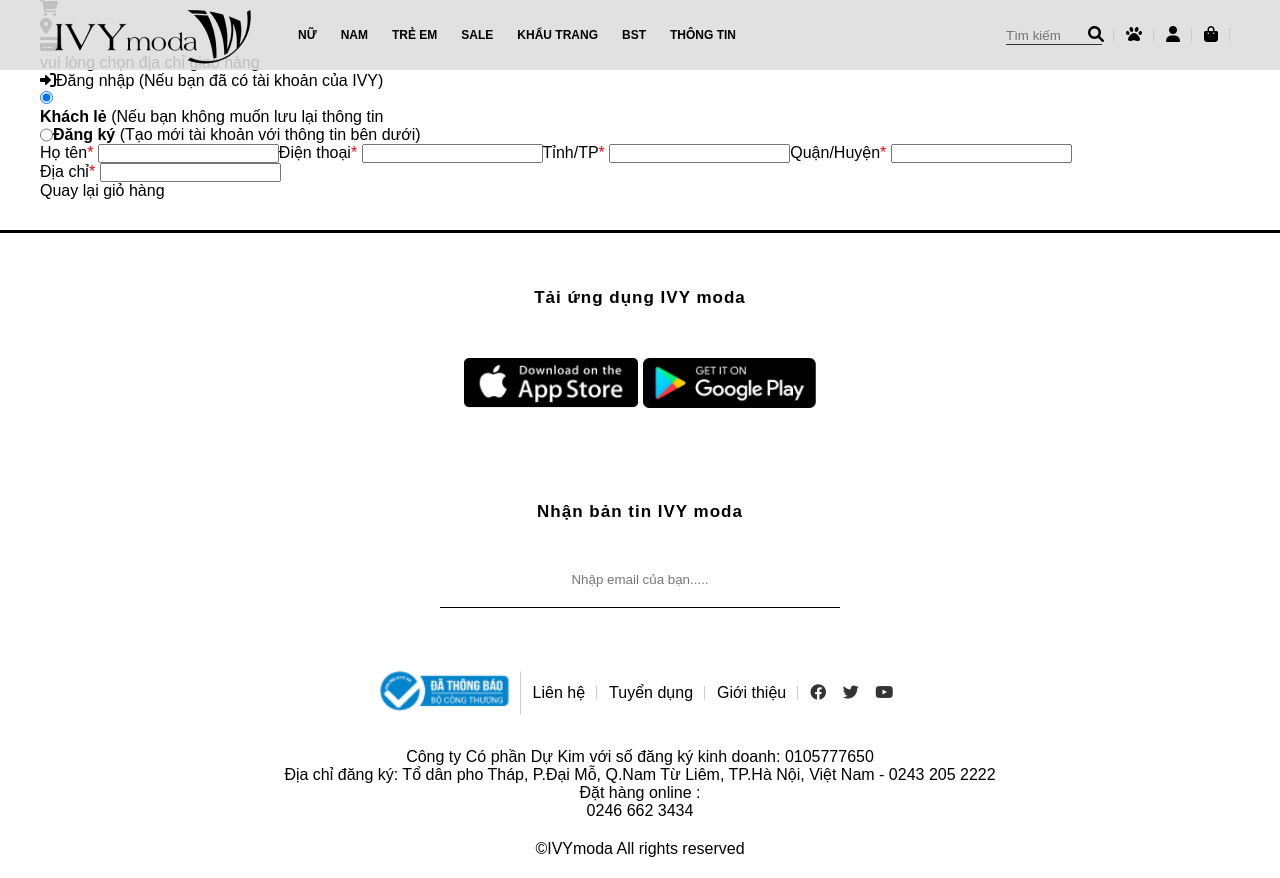
Repository: dinhvanbinh2310/ivy-moda
Page: delivery.html
The author's editor kept a copy of each file at every save. The page is drawn from the files as they stood at one save, then again after the next save.
The browser window is 1280 px wide. The pictures show the whole page.

Above is the page before, as saved 2022-05-08 09:39:45.

### delivery.html
<!DOCTYPE html>
<html lang="en">
<head>
    <meta charset="UTF-8">
    <meta http-equiv="X-UA-Compatible" content="IE=edge">
    <meta name="viewport" content="width=device-width, initial-scale=1.0">
    <link rel="stylesheet" href="./fontawesome-free-6.1.1-web/css/all.css">
    <link rel="stylesheet" href="./css/style.css">
    <title>IVY moda</title>
</head>
<body>
<header>
    <div class="logo">
        <img src="./Images/logo.png" alt="logo" class="logo">
    </div>
    <div class="menu">
        <li><a href="">NỮ</a>
            <ul class="sub-menu">
                <li> <a href="">Hàng mới về</a>
                </li>
                <li> <a href="">Collection</a>
                </li>
                <li> <a href=""> Áo</a>
                    <ul>
                        <li> <a href="">Áo sơ mi</a>
                        </li>
                        <li> <a href="">Áo thun</a>
                        </li>
                        <li> <a href="">Áo khoác</a>
                        </li>
                        <li> <a href="">Áo len</a>
                        </li>
                    </ul>
                </li>
                <li> <a href="">Quần</a>
                    <ul>
                        <li> <a href="">Quần jean</a>
                        </li>
                        <li> <a href="">Quần lửng</a>
                        </li>
                        <li> <a href="">Quần dài</a>
                        </li>
                    </ul>
                </li>
            </ul>
        </li>
        <li><a href="">NAM</a>
        </li>
        <li><a href="">TRẺ EM</a>
        </li>
        <li><a href="">SALE</a>
        </li>
        <li><a href="">KHẨU TRANG</a>
        </li>
        <li><a href="">BST</a>
        </li>
        <li><a href="">THÔNG TIN</a>
        </li>
    </div>
    <div class="others">
        <li>
            <input placeholder="Tìm kiếm" type="text"> <i class="fa-solid fa-magnifying-glass"></i>
        </li>
        <li>
            <a class="fa-solid fa-paw" href=""></a>
        </li>
        <li>
            <a class="fa-solid fa-user" href=""></a>
        </li>
        <li>
            <a class="fa-solid fa-bag-shopping" href=""></a>
        </li>
    </div>
</header>
<!-----------------------------delivery----------------------------->
<section class="delivery">
    <div class="container">
        <div class="delivery-top-wrap">
            <div class="delivery-top">
              <div class="delivery-top-delivery delivery-top-item">
                <i class="fa-solid fa-cart-shopping "></i>
              </div>
              <div class="delivery-top-adress delivery-top-item">
                <i class="fa-solid fa-location-dot"></i>
              </div>
              <div class="delivery-top-payment delivery-top-item">
                <i class="fa-solid fa-credit-card "></i>
              </div>
            </div>
    </div>
    </div>
    <div class="container">
        <div class="delivery-content">
            <div class="delivery-content-left">
               <p>vui lòng chọn địa chỉ giao hàng </p>
            <div class="delivery-content-left-signin row">
                <i class="fa-solid fa-right-to-bracket"></i>
                <p>Đăng nhập (Nếu bạn đã có tài khoản của IVY)</p>
            </div>
            <div class="delivery-content-left-strange-customers">
                <input checked name="loaikhach" type="radio">
                <p>  <span style="font-weight: bold;">  Khách lẻ</span> (Nếu bạn không muốn lưu lại thông tin</p>
            </div>
                <div class="delivery-content-left-signup row">
                    <input name="loaikhach" type="radio">
                    <p>  <span style="font-weight: bold;"> Đăng ký </span>(Tạo mới tài khoản với thông tin bên dưới)
                    </p>
                </div>
                <div class="delivery-content-left-input-top row">
                    <div class="delivery-content-left-input-top-item">
                        <label for="">Họ tên<span style="color: red;">*</span></label>
                        <input type="text">
                    </div>
                    <div class="delivery-content-left-input-top-item">
                        <label for="">Điện thoại<span style="color: red;">*</span></label>
                        <input type="text">
                    </div>
                    <div class="delivery-content-left-input-top-item">
                        <label for="">Tỉnh/TP<span style="color: red;">*</span></label>
                        <input type="text">
                    </div>
                    <div class="delivery-content-left-input-top-item">
                        <label for="">Quận/Huyện<span style="color: red;">*</span></label>
                        <input type="text">
                    </div>
                </div>
                <div class="delivery-content-left-input-input-bottom">
                    <label for="">Địa chỉ<span style="color: red;">*</span></label>
                    <input type="text">
                </div>
                <div class="delivery-content-left-button row">
                    <a href=""><p>Quay lại giỏ hàng</p></a>
                </div>
            </div>
            <div class="delivery-content-right">

            </div>
        </div>
    </div>
</section>


<div class="dot-horizontal">
</div>
<!------------------------------Footer---------------------------------->
<section class="app-container">
  <p>Tải ứng dụng IVY moda</p>
  <div class="app-google">
      <img src="./Images/appstore.png" alt="">
      <img src="./Images/googleplay.png" alt="">
  </div>
  <p>Nhận bản tin IVY moda</p>
  <input type="text" placeholder="Nhập email của bạn.....">
</section>

<div class="footer-top">
  <li>
      <a href=""> <img src="./Images/img-congthuong.png" alt="">
      </a>
  </li>
  <li>Liên hệ</li>
  <li>Tuyển dụng</li>
  <li>Giới thiệu</li>
  <li>
      <a href="" class="fa-brands fa-facebook"></a>
      <a href="" class="fa-brands fa-twitter"></a>
      <a href="" class="fa-brands fa-youtube"></a>
  </li>
</div>
<div class="footer-center">

  <p>
      Công ty Có phần Dự Kim với số đăng ký kinh doanh: 0105777650
      <br> Địa chỉ đăng ký: Tổ dân pho Tháp, P.Đại Mỗ, Q.Nam Từ Liêm, TP.Hà Nội, Việt Nam - 0243 205 2222
      <br> Đặt hàng online :
      <br>0246 662 3434
      <br>
  </p>
</div>
<div class="footer-bottom">
  ©IVYmoda All rights reserved
</div>
</body>
  </html>

### css/style.css
*{
  margin: 0;
  padding: 0;
  box-sizing: border-box;
  font-family: Arial, Helvetica, sans-serif;
}
li{
  list-style: none;
}
a{
  text-decoration: none;
  color: #000;
}
header{
  display: flex;
  justify-content: space-between;
  height: 70px;
  padding: 12px 50px;
  align-items: center;
  position: fixed;
  top: 0;
  left: 0;
  z-index: 1;
  background:#DDDDDDDD;
  width: 100%;
}

.logo{
  flex: 1;
  padding-top: 10px;
 size: 5px;
}
.menu{
  flex: 3;
  display: flex;
}
.menu > li{
  padding: 0 12px;
  position: relative;
}
.menu  li a{
  font-size: 12px;
  font-weight: bold;
  display: block;
  line-height: 20px;
}
.menu > li:hover .sub-menu{
  visibility: visible;
  top: 45px;
}
.sub-menu{
  position: absolute;
  width: 150px;
  border: 1px solid #ccc;
  padding: 10px 0 10px 20px;
  visibility: hidden;
  top: 75px;
  transition: 0.3s;
  z-index: 1;
  background-color: #fff;
}
.sub-menu ul{
  padding-left: 20px;
}
.sub-menu li a{
  font-size: 12px;
  font-weight: normal;
}

.others{
  flex: 1;
  display: flex;
}
.others > li{
  padding: 0 12px;
  position: relative;
}
.others>li::after{
  content: "";
  display: block;
  width: 1px;
  height: 75%;
  background: #cccccc;
  position: absolute;
  right: 0;
  top: 50%;
  transform: translateY(-50%);
}
.others > li:first-child{
  position: relative;

}
.others > li:first-child input{
  width: 100%;
  height: 100%;
  background: #0000;
  border: none;
  border-bottom:1px solid #333 ;
}
.others > li:first-child i{
position: absolute;
right: 10px;
}
.sliders{
  overflow: hidden;
}
.aspect-ratio-169 {
  display: block;
  position: relative;
  padding-top: 56.25%;
  transition: 0.3s;
}
.aspect-ratio-169 img {
  display: block;
  position: absolute;
  width: 100%;
  height: 100%;
  top: 0;
  left: 0;
}
.dot-container{
  position:absolute;
  height: 30px;
  width: 100%;
  display: flex;
  justify-content: center;
  padding-top: 10px;
}
.dot-horizontal{
  border-bottom: 3px solid black;
  padding-top: 30px;
 width: 100%;
 height: 100%;
 size: 100%;
}
.dot{
  height: 16px;
  width: 16px;
  background-color: #ccc;
  border-radius: 50%;
  margin-right: 12px;
  cursor: pointer;
}
.dot.active{
  background-color: #333;
}
/* -------------------------------app---------------------------- */
.app-container{
  text-align: center;
  align-items: center;
  padding: 15px 0 50px 0;
}
.app-google{
  margin:50px;
}
.app-google img{
  height: 50px;
  cursor: pointer;
}
.app-container p{
line-height: 20px;
letter-spacing: 1px;
font-size: 17px;
color:#000;
font-weight: bold;
padding-top: 40px;
}
.app-container input{
  margin-top: 50px;
  border: none;
  border-bottom: 1px solid #000;
  padding-bottom: 20px;
  width: 400px;
  text-align: center;
  outline: none;
}
.footer{
  text-align: center;
}
.footer-top{
  display: flex;
  text-align: center;
  justify-content: center;
  align-items: center;
  margin-bottom: 20px;
  height: 70px;
}
.footer-top img{
  height: 50px;
}
.footer-top li{
  padding: 0 12px;
  position: relative;
}
.footer-top li::after{
  content:"";
  display: block;
  width: 1px;
  height: 80%;
  background-color: #cccccc;
  position: absolute;
  right: 0;
  top: 50%;
  transform: translateY(-50%);
}
.footer-top li:last-child::after{
  display: none;
}
.footer-top li:last-child a{
margin-right: 12px;
color:#333;
}
.footer-center{
  text-align: center;
}
.footer-bottom{
  margin: 20px 0;
  text-align: center;
}
/* Cartegory */
.cartegory{
  padding: 100px 0 0;
}
.container{
  max-width: 1200px;
  margin: auto;
}
.row{
  display: flex;
  flex-wrap: wrap;
}
.cartegory-top{
  margin-bottom: 50px;
}
.cartegory-top p{
  font-family: Arial, Helvetica, sans-serif;
margin: 0 12px;
font-size: 12px;
}
.cartegory-left{
  width: 20%;
}
.cartegory-right{
  width: 80%;
}
.cartegory-right-top-item:first-child{
  flex: 2;
font-size: 16px;
font-family: Arial, Helvetica, sans-serif;
font-weight: bold;
}
.cartegory-right-top-item{
  flex: 1;
  padding: 0 12px;
}
.cartegory-right-top-item button{
  width: 100%;
  padding: 10px 15px;
  display: flex;
  justify-content: space-between;
  background-color: #ffff;
  border: 1px solid #dddd;
  cursor: pointer;
}
.cartegory-right-top-item select{
  width: 100%;
  padding: 10px 15px;
  display: flex;
  justify-content: space-between;
  background-color: #ffff;
  border: 1px solid #dddd;
  cursor: pointer;
}
.cartegory-right-content{
  margin-top: 20px;
  justify-content: space-between;
}
.cartegory-right-content-item{
  width: calc(25% - 12px);
  text-align: center;
  padding: 12px 0;
}
.cartegory-right-content-item h1{
  font-size: 11px;
font-family: Arial, Helvetica, sans-serif;
  margin-top: 6px;
  color: #333333;
}
.cartegory-right-content-item img{
  width: 100%;
}
.cartegory-right-content-item p{
  font-size: 12px;
}
.cartegory-right-bottom{
  justify-content: space-between;
  margin: 30px 0 20px;
  width: 100%;
}
.cartegory-right-bottom p{
  font-family: Arial, Helvetica, sans-serif;
font-size: 11px;
}
.cartegory-left ul li{
  padding: 12px 0;
}
.cartegory-left ul li >a{
  color: black;
  font-size: 16px;
  font-weight: bold;
  font-family: Arial, Helvetica, sans-serif;
}
.cartegory-left ul li ul li{
  padding-left: 10px;
}
.cartegory-left-li ul{
  display: none;
}
.cartegory-left-li.block ul{
  display: block;
}
.cartegory-left ul li ul li a{
  color: #333333;
}
/* -----------------Product------------------ */
.product{
  padding: 100px 0;

}
.product-top{
  margin-bottom: 30px;
}
.product-top p{
  font-family: Arial, Helvetica, sans-serif;
  margin: 0 12px;
  font-size: 12px;
}
.product-content-left{
  width: 50%;
}

.product-content-left-big-img{
  width: 80%;
  padding-right: 20px;
}
.product-content-left-big-img img{
  width: 100%;
}
.product-content-left-small-img{
  width: 20%;
}
.product-content-left-small-img img{
  width: 100%;
  cursor: pointer;
}
.product-content-right{
  width: 50%;
  padding-left: 20px;
}
.product-content-right-product-name{
  font-family: Arial, Helvetica, sans-serif;
font-size: 16px;
}
.product-content-right-product-name p{
  color: #cccc;
  font-size: 12px;
}
.product-content-right-product-price{
  margin: 12px 0;
  font-size: 20px;
  font-weight: bold;
  font-family: Arial, Helvetica, sans-serif;
}
.product-content-right-product-color img{
  width: 30px;
  height: 30px;
  border-radius: 50%;
}
.product-content-right-product-color-img{
  height: 40px;
  width: 40px;
  border: 1px soild #333;
  display: flex;
  align-items: center;
  justify-content: center;
  margin: 12px 0;
}
.size span{
  display: inline-block;
  padding: 3px 6px;
  border: 1px solid #dddddd;
  margin: 12px 10px 12px 0;
  font-size: 17px;
  cursor: pointer;
}
.quantity{
  display: flex;
  margin-bottom: 20px;
}
.quantity input{
  width: 35px;
  padding-left: 3px;
}
.product-content-right-product-button button{
  width: 150px;
  height: 40px;
  display: block;
  margin: 20px 0 12px;
  transition: all 0.3s ease;
}
.product-content-right-product-button button:first-child{
  display: flex;
  justify-content: space-evenly;
  align-items: center;
  background-color: #ffff;
  border: 2px solid black;
  cursor: pointer;
}
.product-content-right-product-button button:first-child:hover{
  background-color: black;
  color: #ffff;
}
.product-content-right-product-button button:last-child{
  color: #BF8A49;
  border: 2px solid #BF8A49;
  background-color: #ffff;
  cursor: pointer;
}
.product-content-right-product-icon {
display: flex;
}
.product-content-right-product-icon p{
  list-style: none;
  color: #000;
  font-weight: 200;
  font-size: 14px;
  font-family: Arial, Helvetica, sans-serif;
  margin-right: 6px;
}
.product-content-right-product-icon-item{
  display: flex;
  margin-right: 12px;
  justify-content: center;
  align-items: center;
}
.product-content-right-product-icon-item i{
  font-size: 12px;
  margin-right: 6px;
  display: flex;
}
.product-content-right-product-icon-item p {
margin-left: 6px;
}
.product-content-right-product-qr img{
  margin: 20px 0;
  width:60px;
  height:60px;
}
.product-content-right-bottom{
  padding-top: 40px;
  border-top: 1px solid #dddd;
  position: relative;

}
.product-content-right-bottom-top{
position: absolute;
width: 30px;
height: 30px;
border: 2px solid #dddd;
display: flex;
justify-content: center;
align-items: center;
background-color: #ffff;
left: 50%;
top: -15px;
border-radius: 50%;
transform: translateX(-50%);
cursor: pointer;
}
.product-content-right-bottom-content-title{
  border-bottom: 2px solid #dddd;
}
.product-content-right-bottom-content-title-item{
  padding: 6px;
  cursor: pointer;
  margin-right: 6px;
}
.product-content-right-bottom-content-title-item p{
  font-family: Arial, Helvetica, sans-serif;
  font-size: 14px;
}
.product-content-right-bottom-content{
  padding-top: 30px;
  color: #3e3e3f;
  font-size: 14px;
 }
 .product-content-right-bottom-content-detail{
   display: none;
 }
 .product-content-right-bottom-content-detail th{
   padding-right: 50px;
   text-align: left;
 }
 .product-content-right-bottom-content-preserve{
  display: none;
 }
.activeB{
  display: none;
}
/*---------------------product related----------------- */
.product-related{
  margin-bottom: 50px;
}
.product-related-title{
  margin: 20px 0;
}
.product-related-title p{
  font-family: Arial, Helvetica, sans-serif;
  font-size: 14px;
  font-weight: bold;
  color: #333;
}
.product-related-item{
  width: 20%;
  text-align: center;
  padding: 0 6px;
}
.product-related-item img{
  width: 100%;
}
.product-related-item h1{
  font-family: Arial, Helvetica, sans-serif;
  font-size: 12px;
  color: #333;
  margin-top: 6px;
}
.product-related-item p{
  font-size: 12px;
  text-decoration: line-through;
}
/*-----------------------------cart-----------------------------*/
.cart{
  padding: 100px 0;
}
.cart-top-wrap{
  display: flex;
  justify-content: center;
  align-items: center;
}
.cart-top{
  display: flex;
  height: 2px;
  width: 70%;
  background-color: #ddd;
  justify-content: space-between;
  align-items: center;
  margin: 50px 0 100px;
}
.cart-top-item{
  width: 40px;
  height: 40px;
  border-radius: 50%;
  border: 1px solid #dddd;
  display: flex;
  align-items: center;
  justify-content: center;
  background-color: #fff;
}
.cart-top-item i{
  color: #dddd;
}
.cart-top-cart {
  border: 1px solid #0DB7EA;
}
.cart-top-cart i{
  color: #0DB7EA;
}
.cart-content-left{
  flex: 2;
  padding-right: 12px;
}
.cart-content-left table{
  width: 100%;
  text-align: center;
}
.cart-content-left table th{
  padding-bottom: 30px;
  font-family: Arial, Helvetica, sans-serif;
  font-style: 12px;
  text-transform: uppercase;
  color: #333;
  border-collapse: collapse;
  border-bottom: 2px solid #dddd;
}
.cart-content-left table p{
  padding-bottom: 30px;
  font-family: Arial, Helvetica, sans-serif;
  color: #333;
}
.cart-content-left table input{
  width: 30px;
  margin-bottom: 30px;
}
.cart-content-left table span{
  display: block;
  margin-bottom: 30px;
  width: 20px;
  height: 20px;
  border: 1px solid #ddd;
  cursor: pointer;
}
.cart-content-left table td{
  padding: 20px 0;
  border-bottom: 2px solid #ddd;
}
.cart-content-left table td img{
  padding-bottom: 30px;
  font-family: Arial, Helvetica, sans-serif;
}
.cart-content-left td:first-child img{
  width: 130px;
}
.cart-content-left td:nth-child(2){
  max-width: 130px;
}
.cart-content-left td:nth-child(3) img{
  width: 30px;
}
.cart-content-right{
  flex: 1;
  padding-left: 12px;
  border-left: 2px solid #dddd;
}
.cart-content-right table{
  width: 100%;
}
.cart-content-right table th{
  padding-bottom: 35px;
  font-family: Arial, Helvetica, sans-serif;
  font-size: 12px;
  color: #333;
  border-collapse: collapse;
  border-bottom: 2px solid #dddd;
}
.cart-content-right table td{
  font-family: Arial, Helvetica, sans-serif;
  font-size: 12px;
  color: #333;
  padding: 6px 0;
}
.cart-content-right tr:nth(4) td{
  border-bottom: 2px solid #dddd;

}
.cart-content-right tr td:last-child{
  text-align: right;
}
.cart-content-right-text{
  margin: 20px 0;
  text-align: center;
}
.cart-content-right-text p{
  font-family: Arial, Helvetica, sans-serif;
  font-size: 12px;
  color: #333;
  padding-top: 20px;
}
.cart-content-right-button{
  text-align: center;
  align-items: center;
}
.cart-content-right-button button{
  padding: 0 18px;
  margin-top: 20px;
  height: 35px;
  cursor: pointer;;
}
.cart-content-right-button button:first-child{
  background-color: #fff;
  border: 1px solid black;
  margin-right: 20px;
}
.cart-content-right-button button:first-child:hover{
  background-color: #ddd;
}
.cart-content-right-button button:last-child{
  background-color: black;
  color: #fff;
  border: none;
  border: 1px solid black;
}
.cart-content-right-button button:last-child:hover{
  background-color: #dddd;
  color: black;
}
.cart-content-right-login{
  margin-top: 20px;
}
.cart-content-right-login p{
  font-family: Arial, Helvetica, sans-serif;
  font-size: 12px;
  color: #333;
  padding-top: 30px;
}

Loaded but not shown: fontawesome-free-6.1.1-web/css/all.css (library)

After the next save:
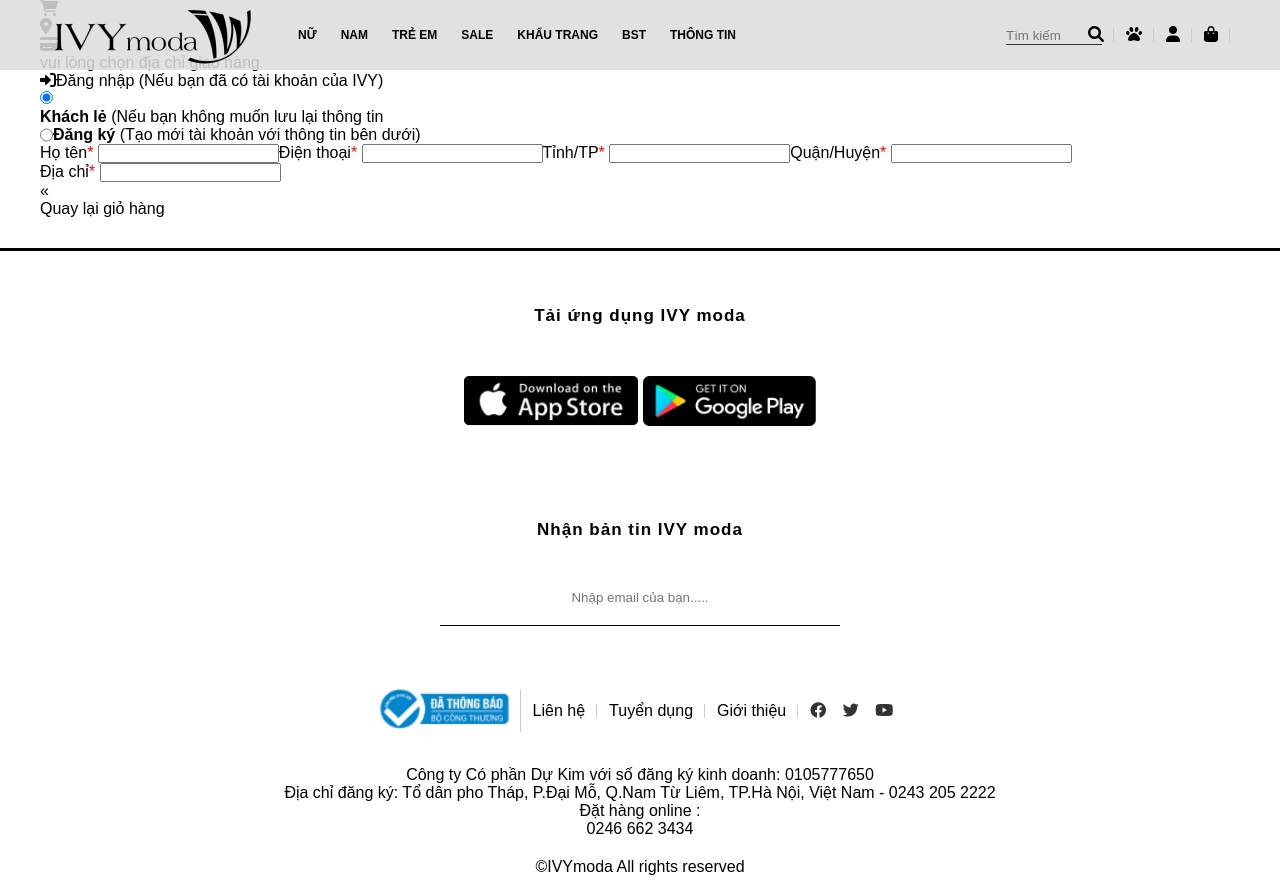
Saved 16 s later.
--- a/delivery.html
+++ b/delivery.html
@@ -129,7 +129,7 @@
                     <input type="text">
                 </div>
                 <div class="delivery-content-left-button row">
-                    <a href=""><p>Quay lại giỏ hàng</p></a>
+                    <a href=""> <span>&#171;</span><p>Quay lại giỏ hàng</p></a>
                 </div>
             </div>
             <div class="delivery-content-right">
